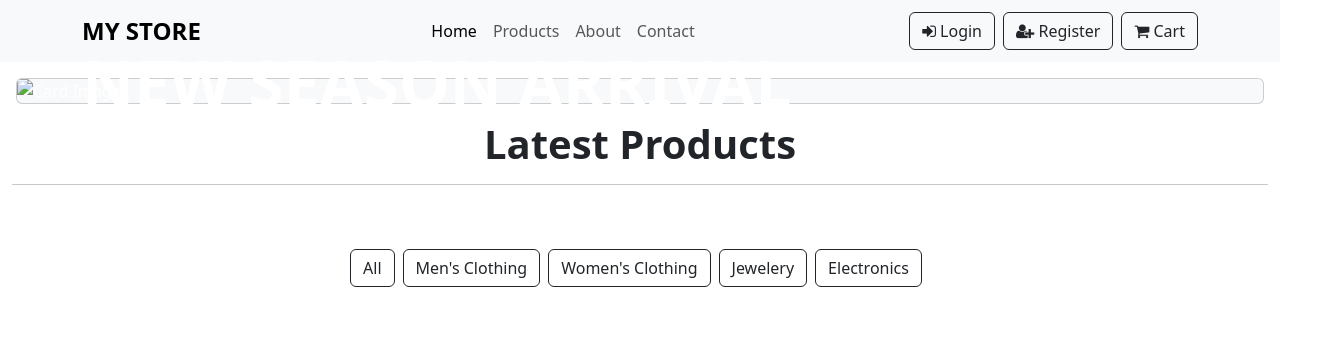
Repository: asad3407886839/E-commerce-Store
Page: /products (app in vite-project/)
The author's editor kept a copy of each file at every save. The page is drawn from the files as they stood at one save, then again after the next save.
The browser window is 1280 px wide. The page is 1280 px wide, then 1328 px, so the pictures cover 1328 px, including what lies to the right of the window. The pictures show the whole page.
The page's requests for data from a server got no answer. The project was rebuilt for these pictures with package versions that can differ from the ones it lists, and the page was loaded fresh each time. No one was signed in, and anything a server would have sent is missing. Also part of the build but not shown: vite-project/vite.config.js, vite-project/src/index.css.

Above is the page before, as saved 2024-06-29 19:48:10.

### vite-project/src/main.jsx
import React from 'react';
import ReactDOM from 'react-dom/client';
import App from './App.jsx';
import './index.css';
import 'bootstrap/dist/css/bootstrap.min.css';
import 'bootstrap/dist/js/bootstrap.bundle';
import 'font-awesome/css/font-awesome.min.css';

ReactDOM.createRoot(document.getElementById('root')).render(

    <App />
);

### vite-project/src/App.jsx
import React from 'react';
import Navbar from './components/Navbar';
import Home from './components/Home';
import Products from './components/Products';
// import { BrowserRouter, Routes, Route } from 'react-router-dom';

const App = () => {
  return (
    <div>
      <Navbar />
      <Home />
      <Products />
    </div>
  );
};

export default App;

### vite-project/src/components/Navbar.jsx
import React from 'react';

const Navbar = () => {
  return (
    <div>
      <nav className="navbar navbar-expand-lg navbar-light bg-light">
        <div className="container">
          <a className="navbar-brand fw-bold fs-4" href="/">MY STORE</a>
          <button
            className="navbar-toggler"
            type="button"
            data-bs-toggle="collapse"
            data-bs-target="#navbarSupportedContent"
            aria-controls="navbarSupportedContent"
            aria-expanded="false"
            aria-label="Toggle navigation"
          >
            <span className="navbar-toggler-icon"></span>
          </button>
          <div className="collapse navbar-collapse" id="navbarSupportedContent">
            <ul className="navbar-nav mx-auto mb-2 mb-lg-0">
              <li className="nav-item">
                <a className="nav-link active" aria-current="page" href="/">Home</a>
              </li>
              <li className="nav-item">
                <a className="nav-link" href="/products">Products</a>
              </li>
              <li className="nav-item">
                <a className="nav-link" href="/about">About</a>
              </li>
              <li className="nav-item">
                <a className="nav-link" href="/contact">Contact</a>
              </li>
            </ul>
            <div className="buttons">
              <a href="/login" className="btn btn-outline-dark">
                <i className="fa fa-sign-in"></i> Login
              </a>
              <a href="/register" className="btn btn-outline-dark ms-2">
                <i className="fa fa-user-plus"></i> Register
              </a>
              <a href="/cart" className="btn btn-outline-dark ms-2">
                <i className="fa fa-shopping-cart"></i> Cart
              </a>
            </div>
          </div>
        </div>
      </nav>
    </div>
  );
};

export default Navbar;

### vite-project/src/components/Home.jsx
import React from 'react';

const Home = () => {
  return (
    <div className="hero">
       <div className="card text-white bg-light position-relative m-3" >
       <img
          src="https://avatars.mds.yandex.net/i?id=39f40d791f1f7c86e921481b05da4f674ca95710-12803937-images-thumbs&n=13"
          className="card-img"
          alt="Card Image"
          style={{ maxHeight: '650px', width: 'auto' }}
        />
        <div className="card-img-overlay d-flex align-items-center justify-content-start">
          <div className="container text-start">
            <h5 className="card-title display-3 fw-bold mb-0 text-white">NEW SEASON ARRIVAL</h5>
            <p className="card-text text-uppercase text-white">Check Out All Trends</p>
          </div>
        </div>
      </div>
    </div>
  );
};

export default Home;

### vite-project/src/components/Products.jsx
import React, { useState, useEffect } from 'react';

const Products = () => {
  const [data, setData] = useState([]);
  const [loading, setLoading] = useState(false);

  useEffect(() => {
    let componentMounted = true;
    const fetchProducts = async () => {
      setLoading(true);
      try {
        const response = await fetch('https://fakestoreapi.com/products');
        const result = await response.json();
        if (componentMounted) {
          setData(result);
          setLoading(false);
        }
      } catch (error) {
        console.error("Error fetching data:", error);
        setLoading(false);
      }
    };

    fetchProducts();

    return () => {
      componentMounted = false;
    };
  }, []);

  if (loading) {
    return <div>Loading...</div>;
  }

  const showProducts = () => {
    return (
      <>
        <div className="buttons d-flex justify-content-center mb-5 pb-5">
          <button className="btn btn-outline-dark me-2" onClick={() => setData(data)}>All</button>
          <button className="btn btn-outline-dark me-2" onClick={() => setData(data.filter(product => product.category === "men's clothing"))}>Men's Clothing</button>
          <button className="btn btn-outline-dark me-2" onClick={() => setData(data.filter(product => product.category === "women's clothing"))}>Women's Clothing</button>
          <button className="btn btn-outline-dark me-2" onClick={() => setData(data.filter(product => product.category === 'jewelery'))}>Jewelery</button>
          <button className="btn btn-outline-dark me-2" onClick={() => setData(data.filter(product => product.category === 'electronics'))}>Electronics</button>
        </div>
        <div className="row row-cols-1 row-cols-md-3 g-3">
          {data.map((product) => (
            <div key={product.id} className="col-12 col-md-3 mb-4">
              <div className="card text-center p-3">
                <img
                  src={product.image}
                  className="card-img-top"
                  alt={product.title}
                  height="250px"
                />
                <div className="card-body">
                  <h5 className="card-title">{product.title}</h5>
                  <p className="card-text lead fw-bold">${product.price}</p>
                  <a href="#" className="btn btn-outline-dark">
                    Buy Now
                  </a>
                </div>
              </div>
            </div>
          ))}
        </div>
      </>
    );
  };

  return (
    <div className="container-fluid ">
      <div className="row">
        <div className="col-12 mb-5">
          <h1 className="display-6 fw-bolder text-center">Latest Products</h1>
          <hr />
        </div>
      </div>
      <div className="row justify-content-center">
        {showProducts()}
      </div>
    </div>
  );
};

export default Products;

Loaded but not shown: vite-project/index.html (common file)

After the next save:
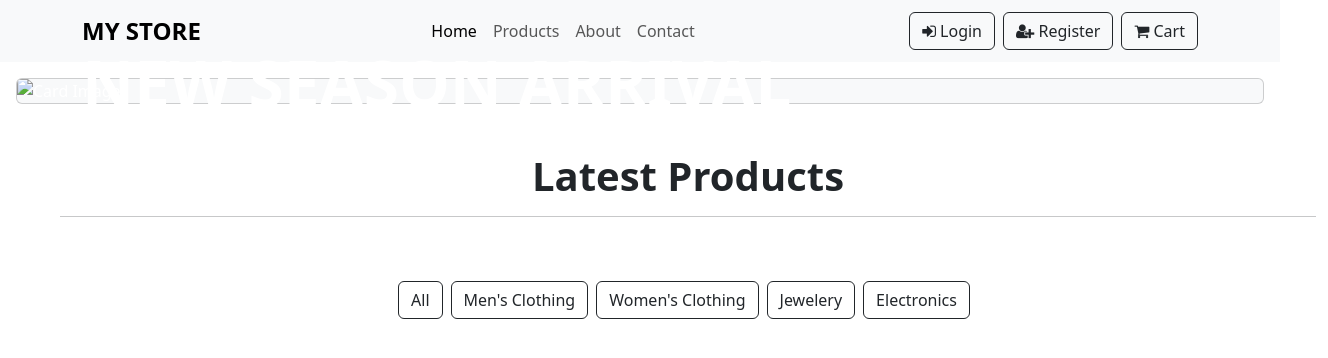
Saved 52 s later.
--- a/vite-project/src/components/Products.jsx
+++ b/vite-project/src/components/Products.jsx
@@ -68,7 +68,7 @@ const Products = () => {
   };
 
   return (
-    <div className="container-fluid ">
+    <div className="container-fluid m-5">
       <div className="row">
         <div className="col-12 mb-5">
           <h1 className="display-6 fw-bolder text-center">Latest Products</h1>
